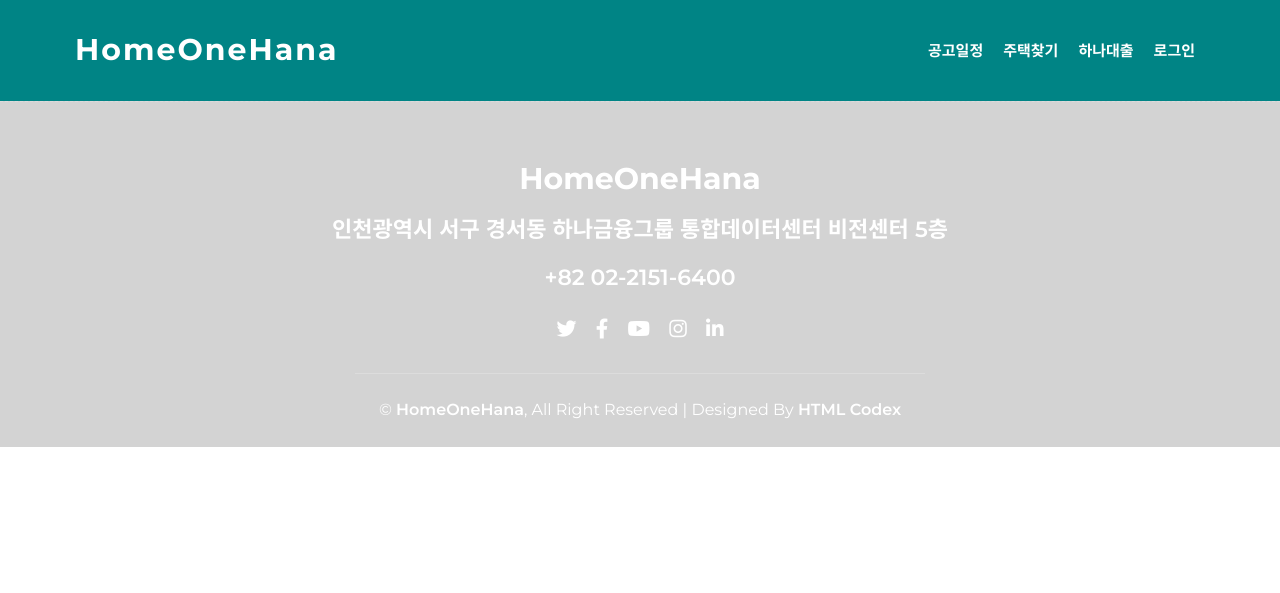
Repository: koposoftware/2021_10_syyoon
Page: http://localhost/HomeOneHana/WEB-INF/jsp/consult/chatbot.jsp
An editor plug-in stored every save of this project. The page is shown before and after the next save, followed by the edit.
The browser window is 1280 px wide. The pictures show the whole page.
Some web libraries are served in a nearby version. The page is served by Tomcat 9. Nobody is signed in. Other server files are loaded and not shown. The template is opened directly, without the code that normally fills it, so the values that code supplies are empty.

Above is the page before, as saved 2021-09-24 01:55:07.

### project/Spring-mvc/HomeOneHana/src/main/webapp/WEB-INF/jsp/consult/chatbot.jsp
<%@ page language="java" contentType="text/html; charset=UTF-8"
    pageEncoding="UTF-8"%>
<%@ taglib prefix="c" uri="http://java.sun.com/jsp/jstl/core" %>
<!DOCTYPE html>
<html>
<head>
<meta charset="UTF-8">
<title>HomeOneHana::</title>
<link href="${ pageContext.request.contextPath }/resources/css/top/menubg.css" rel="stylesheet">
<script src="https://code.jquery.com/jquery-3.6.0.js"></script>
</head>
<body>
	<header>
		<div class="limiter">
			<div class="container-login100">
				<div class="wrap-login100">
					<jsp:include page="../include/topMenu.jsp" />
				</div>
			</div>
		</div>

	</header>
	<section>
	</section>
	<footer>
		<jsp:include page="../include/bottomMenu.jsp" />
	</footer>
</body>
</html>

### project/Spring-mvc/HomeOneHana/src/main/webapp/WEB-INF/jsp/include/topMenu.jsp
<%@ page language="java" contentType="text/html; charset=UTF-8"
    pageEncoding="UTF-8"%>
<%@ taglib prefix="c" uri="http://java.sun.com/jsp/jstl/core" %>

        <meta content="width=device-width, initial-scale=1.0" name="viewport">
        <meta content="Free Website Template" name="keywords">
        <meta content="Free Website Template" name="description">


		<!-- font-awesome icon  -->
		<link href="//maxcdn.bootstrapcdn.com/font-awesome/4.1.0/css/font-awesome.min.css" rel="stylesheet" />

        <!-- Favicon -->
        <!-- <link href="/Practice-Web/Front/img/favicon.ico" rel="icon"> -->

        <!-- Google Font -->
        <link href="https://fonts.googleapis.com/css2?family=Montserrat:wght@300;400;500;600;700&display=swap" rel="stylesheet">
		<link href="https://fonts.googleapis.com/css2?family=Noto+Sans+KR:wght@100&display=swap" rel="stylesheet">

        <!-- CSS Libraries -->
        <link href="https://stackpath.bootstrapcdn.com/bootstrap/4.4.1/css/bootstrap.min.css" rel="stylesheet">
        <link href="https://cdnjs.cloudflare.com/ajax/libs/font-awesome/5.10.0/css/all.min.css" rel="stylesheet">

        <link href="${ pageContext.request.contextPath }/resources/lib/animate/animate.min.css" rel="stylesheet">
        <link href="${ pageContext.request.contextPath }/resources/lib/owlcarousel/assets/owl.carousel.min.css" rel="stylesheet">
        <link href="${ pageContext.request.contextPath }/resources/lib/lightbox/css/lightbox.min.css" rel="stylesheet">



        <!-- Template Stylesheet -->
        <link href="${ pageContext.request.contextPath }/resources/css/style.css" rel="stylesheet">

<!-- Nav Bar Start -->
<div class="navbar navbar-expand-lg bg-light navbar-light">
    <div class="container-fluid">
        <a href="${ pageContext.request.contextPath }/" class="navbar-brand">HomeOneHana</a>
        <button type="button" class="navbar-toggler" data-toggle="collapse" data-target="#navbarCollapse">
            <span class="navbar-toggler-icon"></span>
        </button>

        <div class="collapse navbar-collapse justify-content-between" id="navbarCollapse">
            <div class="navbar-nav ml-auto">
                <a href="${ pageContext.request.contextPath }/schedule" class="nav-item nav-link">공고일정</a>
                <a href="${ pageContext.request.contextPath }/search" class="nav-item nav-link">주택찾기</a>
                <a href="${ pageContext.request.contextPath }/loan" class="nav-item nav-link">하나대출</a>
            	<c:if test="${ empty sessionScope.loginVO  }">
                <!-- <a href="Front/index2.jsp" class="nav-item nav-link active">Home</a> -->
                <%-- <a href="${ pageContext.request.contextPath }/loan/review" class="nav-item nav-link">대출상담</a> --%>
                <a href="${ pageContext.request.contextPath }/login" class="nav-item nav-link">로그인</a>
				</c:if>

                <%--로그인사용자만 접근가능 --%>
                <c:if test="${ not empty sessionScope.loginVO  }">
	               	<a href="${ pageContext.request.contextPath }/logout" class="nav-item nav-link">로그아웃</a>
	                <a href="${ pageContext.request.contextPath }/mypage" class="nav-item nav-link"><i class="fas fa-user-circle fa-3x"></i></a>
                </c:if>

            </div>
        </div>
    </div>
</div>

### project/Spring-mvc/HomeOneHana/src/main/webapp/WEB-INF/jsp/include/bottomMenu.jsp
<%@ page language="java" contentType="text/html; charset=UTF-8"
    pageEncoding="UTF-8"%>
		<!-- Footer Start -->
        <div class="footer wow fadeIn" data-wow-delay="0.3s">
            <div class="container-fluid">
                <div class="container">
                    <div class="footer-info">
                        <h2>HomeOneHana</h2>
                        <h3>인천광역시 서구 경서동 하나금융그룹 통합데이터센터 비전센터 5층</h3>
                        <div class="footer-menu">
                            <p>+82 02-2151-6400</p>
                        </div>
                        <div class="footer-social">
                            <a href=""><i class="fab fa-twitter"></i></a>
                            <a href=""><i class="fab fa-facebook-f"></i></a>
                            <a href=""><i class="fab fa-youtube"></i></a>
                            <a href=""><i class="fab fa-instagram"></i></a>
                            <a href=""><i class="fab fa-linkedin-in"></i></a>
                        </div>
                    </div>
                </div>
                <div class="container copyright">
                    <p>&copy; <a href="#">HomeOneHana</a>, All Right Reserved | Designed By <a href="https://htmlcodex.com">HTML Codex</a></p>
                </div>
            </div>
        </div>
        <!-- Footer End -->


        <!-- Back to top button -->
        <a href="#" class="btn back-to-top"><i class="fa fa-chevron-up"></i></a>


        <!-- Pre Loader -->
        <div id="loader" class="show">
            <div class="loader"></div>
        </div>


		<!-- JavaScript Libraries -->
        <script src="https://code.jquery.com/jquery-3.4.1.min.js"></script>
        <script src="https://stackpath.bootstrapcdn.com/bootstrap/4.4.1/js/bootstrap.bundle.min.js"></script>
        <script src="${ pageContext.request.contextPath }/resources/lib/easing/easing.min.js"></script>
        <script src="${ pageContext.request.contextPath }/resources/lib/wow/wow.min.js"></script>
        <script src="${ pageContext.request.contextPath }/resources/lib/waypoints/waypoints.min.js"></script>
        <script src="${ pageContext.request.contextPath }/resources/lib/typed/typed.min.js"></script>
        <script src="${ pageContext.request.contextPath }/resources/lib/owlcarousel/owl.carousel.min.js"></script>
        <script src="${ pageContext.request.contextPath }/resources/lib/isotope/isotope.pkgd.min.js"></script>
        <script src="${ pageContext.request.contextPath }/resources/lib/lightbox/js/lightbox.min.js"></script>

        <!-- Contact Javascript File -->
        <script src="${ pageContext.request.contextPath }/resources/mail/jqBootstrapValidation.min.js"></script>
        <script src="${ pageContext.request.contextPath }/resources/mail/contact.js"></script>

        <!-- Template Javascript -->
        <script src="${ pageContext.request.contextPath }/resources/js/main.js"></script>

### project/Spring-mvc/HomeOneHana/src/main/webapp/resources/css/top/menubg.css
@charset "UTF-8";


header{
	height:101px;
	background-color:#008485;
}
@media(max-width:992px){
	header{
		height:70px;
	}
}

Loaded but not shown: project/Spring-mvc/HomeOneHana/src/main/webapp/resources/lib/animate/animate.min.css (library); project/Spring-mvc/HomeOneHana/src/main/webapp/resources/lib/owlcarousel/assets/owl.carousel.min.css (common file); project/Spring-mvc/HomeOneHana/src/main/webapp/resources/lib/lightbox/css/lightbox.min.css (common file); project/Spring-mvc/HomeOneHana/src/main/webapp/resources/lib/easing/easing.min.js (common file); project/Spring-mvc/HomeOneHana/src/main/webapp/resources/lib/wow/wow.min.js (library); project/Spring-mvc/HomeOneHana/src/main/webapp/resources/lib/waypoints/waypoints.min.js (library); project/Spring-mvc/HomeOneHana/src/main/webapp/resources/lib/typed/typed.min.js (library); project/Spring-mvc/HomeOneHana/src/main/webapp/resources/lib/owlcarousel/owl.carousel.min.js (library); project/Spring-mvc/HomeOneHana/src/main/webapp/resources/lib/isotope/isotope.pkgd.min.js (library); project/Spring-mvc/HomeOneHana/src/main/webapp/resources/lib/lightbox/js/lightbox.min.js (library); project/Spring-mvc/HomeOneHana/src/main/webapp/resources/mail/jqBootstrapValidation.min.js (library); project/Spring-mvc/HomeOneHana/src/main/webapp/resources/js/main.js (108 lines, source omitted); project/Spring-mvc/HomeOneHana/src/main/webapp/resources/mail/contact.js (65 lines, source omitted); project/Spring-mvc/HomeOneHana/src/main/webapp/resources/css/style.css (1648 lines, source omitted)

After the next save:
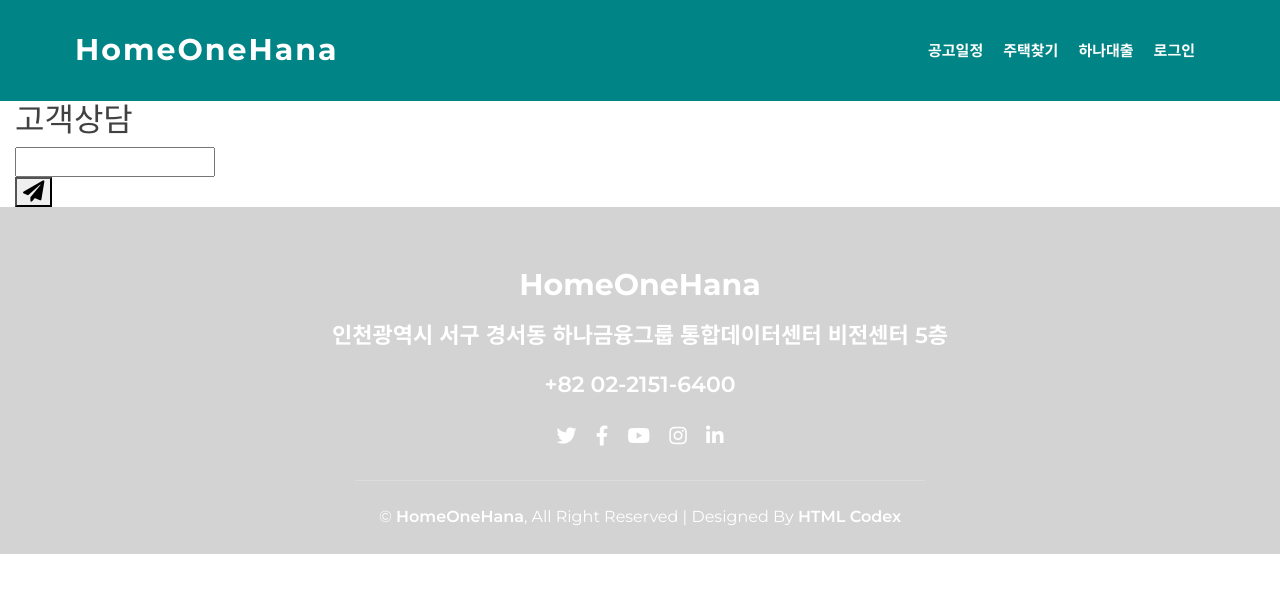
Saved 2 min 56 s later.
--- a/project/Spring-mvc/HomeOneHana/src/main/webapp/WEB-INF/jsp/consult/chatbot.jsp
+++ b/project/Spring-mvc/HomeOneHana/src/main/webapp/WEB-INF/jsp/consult/chatbot.jsp
@@ -21,6 +21,40 @@
 
 	</header>
 	<section>
+		<div id="chatArea" class="col-lg-6 m-15px-tb">
+                        <div class="resume-box">
+                            <!-- chatstart -->
+                           	<div id="chatTing">
+                           		<div id="chattitle">
+                           			<h2 id="customs">고객상담</h2>
+                           		</div>
+                           		<div id="chatContents">
+                           		<%--
+                           			<div class="sendchatBlock">
+                           				<div class="sendimg" ><i class="far fa-user-circle fa-2x"></i></div>
+                           				<div class="send">
+                           					<div class="sendtext">나다-!</div>
+                           				</div>
+                           			</div>
+                           			<div class="replychatBlock">
+                           				<div class="reply">
+                           					<div class="replytext">환영합니다 호갱님~</div>
+                           				</div>
+                           				<div class="replyimg"><img src="${ pageContext.request.contextPath }/resources/img/하나은행-ci.png"></div>
+                           			</div>
+                           		--%>
+                           		</div>
+                           		<div id="sendArea">
+                           			<div id="textBox"><input type="text" id="msgs" ></div>
+                           			<div id="sendBtn"><button><i class="fas fa-paper-plane fa-lg"></i></button></div>
+                           		</div>
+                           	</div>
+
+
+                            <!-- chat end -->
+                        </div>
+                    </div>
+
 	</section>
 	<footer>
 		<jsp:include page="../include/bottomMenu.jsp" />
